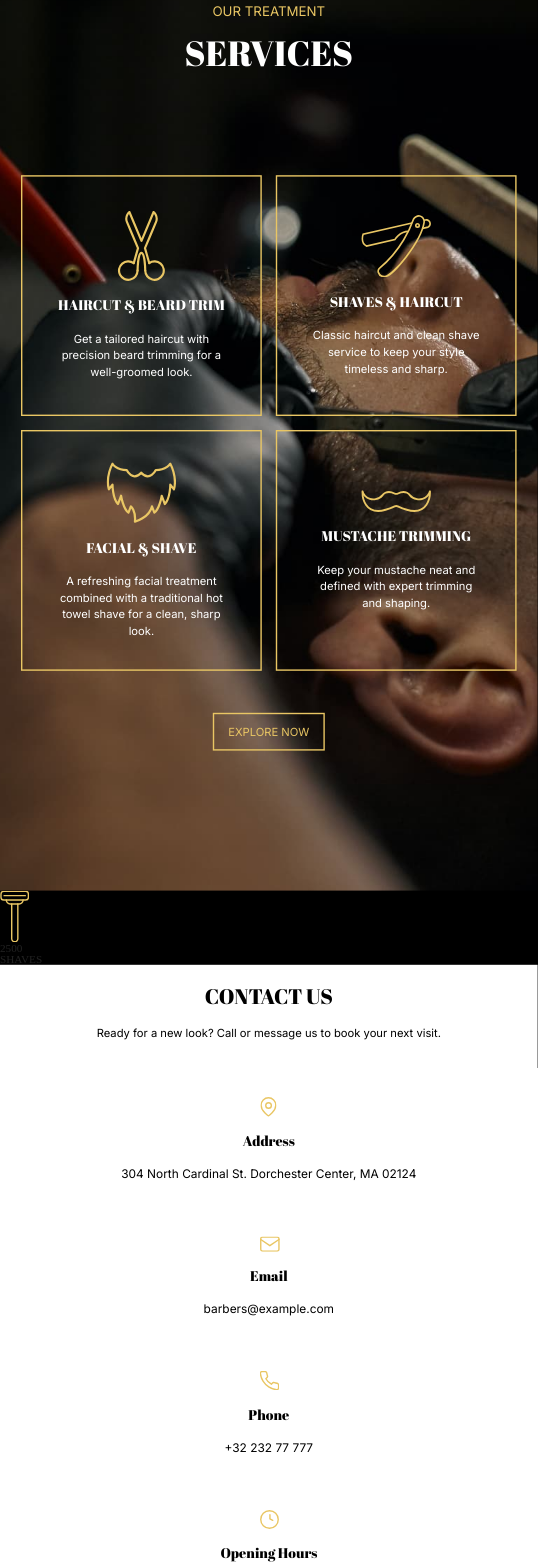
Repository: BogdanLazebnika/barbershop
Page: http://localhost/
The author's editor kept a copy of each file at every save. The page is drawn from the files as they stood at one save, then again after a run of saves.
The browser window is 768 px wide. The pictures show the part of the page from y = 1016 to 3256 px (the page is 3493 px tall before and 3968 px after), at 70% of full size.
The page is run by PHP 8.4 with error messages shown; the project is at /var/www/html/.

Above is the page before, as saved 2025-07-16 23:43:35.

### index.php
<!DOCTYPE html>
<html lang="en">
<head>
    <meta charset="UTF-8">
    <meta name="viewport" content="width=device-width, initial-scale=1.0">
    <title>Homepage Barbershop</title>

    <link rel="stylesheet" href="assets/css/reset.css">
    <link rel="stylesheet" href="assets/css/style.css">
    <link rel="stylesheet" href="assets/css/index.css">


    <link rel="preconnect" href="https://fonts.googleapis.com">
    <link rel="preconnect" href="https://fonts.gstatic.com" crossorigin>
    <link href="https://fonts.googleapis.com/css2?family=Abril+Fatface&display=swap" rel="stylesheet">

</head>
<body>

    <!-- Header -->
    <?php include 'components/header.php'; ?>

    <main>
        <!-- Hero -->
        <section class="hero" role="banner" aria-label="Barbershop hero section">
            <div class="content-hero-wrapper">
                <img src="./assets/images/logo/logo1.svg" alt="Barbershop Logo" class="content-hero-logo">
                <h1 class="content-hero-title">BARBERSHOP</h1>
            </div>
        </section>

        <!-- Services -->
        <section class="services" role="region" aria-label="Barbershop services">
            <h3 class="services-subtitle">OUR TREATMENT</h3>
            <h2 class="services-title">SERVICES</h2>

            <div class="services-list-wrapper">
                <ul class="services-list">
                    <li class="service-item">
                        <div class="service-item-content">
                            <img class="service-item-icon" src="./assets/images/icons/services/icon_scissors.svg" alt="Scissors icon">
                            <h3 class="service-item-title">HAIRCUT & BEARD TRIM</h3>
                            <p class="service-item-description">
                                Get a tailored haircut with precision beard trimming for a well-groomed look.
                            </p>
                        </div>
                    </li>

                    <li class="service-item">
                        <div class="service-item-content">
                            <img class="service-item-icon" src="./assets/images/icons/services/icon_razor.svg" alt="Razor icon">
                            <h3 class="service-item-title">SHAVES & HAIRCUT</h3>
                            <p class="service-item-description">
                                Classic haircut and clean shave service to keep your style timeless and sharp.
                            </p>
                        </div>
                    </li>

                    <li class="service-item">
                        <div class="service-item-content">
                            <img class="service-item-icon" src="./assets/images/icons/services/icon_beard.svg" alt="Beard icon">
                            <h3 class="service-item-title">FACIAL & SHAVE</h3>
                            <p class="service-item-description">
                                A refreshing facial treatment combined with a traditional hot towel shave for a clean, sharp look.
                            </p>
                        </div>
                    </li>

                    <li class="service-item">
                        <div class="service-item-content">
                            <img class="service-item-icon" src="./assets/images/icons/services/icon_mustache.svg" alt="Mustache icon">
                            <h3 class="service-item-title">MUSTACHE TRIMMING</h3>
                            <p class="service-item-description">
                                Keep your mustache neat and defined with expert trimming and shaping.
                            </p>
                        </div>
                    </li>
                </ul>

                <div class="services-list-line-button-wrapper">
                    <a href="#" class="explore-now-button-services-list">EXPLORE NOW</a>
                </div>
            </div>
        </section>



        <section class="counter" role="region" aria-label="Barbershop statistics">
            <ul class="counter-list">
                <li class="counter-item">
                    <ul>
                        <li>
                            <img src="./assets/images/icons/counter/icon_razor.svg" alt="happy customers">
                        </li>
                        <li class="counter-item-number"><h4>2500</h4></li>
                        <li class="counter-item-text"><h3>SHAVES</h3></li>
                    </ul>
                </li>
            </ul>
        </section>

    </main>

    <?php include 'components/footer.php'; ?>

</body>
</html>

### components/header.php
<?php
$current = basename($_SERVER['PHP_SELF']);
?>
<header class="header">
    <div class="center-header-container">
        <!-- Link to Header CSS -->
        <link rel="stylesheet" href="assets/css/header.css">
        <link rel="preconnect" href="https://fonts.googleapis.com">
        <link rel="preconnect" href="https://fonts.gstatic.com" crossorigin>
        <link href="https://fonts.googleapis.com/css2?family=Inter:ital,opsz,wght@0,14..32,100..900;1,14..32,100..900&display=swap" rel="stylesheet">

        <script src="assets/js/header.js" defer></script>


        <div class="header-left">
            <button class="burger" id="burger">
                <span></span>
                <span></span>
                <span></span>
            </button>
        </div>

        <nav class="nav">
            <ul class="nav-list">
                <li class="nav-item">
                    <?php if ($current == 'index.php'): ?>
                        <span class="active">Home</span>
                    <?php else: ?>
                        <a href="index.php">Home</a>
                    <?php endif; ?>
                </li>

                <li class="nav-item">
                    <?php if ($current == 'services.php'): ?>
                        <span class="active">Services</span>
                    <?php else: ?>
                        <a href="services.php">Services</a>
                    <?php endif; ?>
                </li>

                <li class="nav-item">
                    <?php if ($current == 'about.php'): ?>
                        <span class="active">About Us</span>
                    <?php else: ?>
                        <a href="about.php">About Us</a>
                    <?php endif; ?>
                </li>

                <li class="nav-item">
                    <?php if ($current == 'blog.php'): ?>
                        <span class="active">Blog</span>
                    <?php else: ?>
                        <a href="blog.php">Blog</a>
                    <?php endif; ?>
                </li>

                <li class="nav-item">
                    <?php if ($current == 'contact.php'): ?>
                        <span class="active">Contact Us</span>
                    <?php else: ?>
                        <a href="contact.php">Contact Us</a>
                    <?php endif; ?>
                </li>
            </ul>
        </nav>
        <a class="button-book-appointment" href="#">BOOK APPOINTMENT</a>
    </div>



</header>

### components/footer.php
<footer>
    <!-- Link to Footer CSS -->
    <link rel="stylesheet" href="assets/css/footer.css">

    <link rel="preconnect" href="https://fonts.googleapis.com">
    <link rel="preconnect" href="https://fonts.gstatic.com" crossorigin>
    <link href="https://fonts.googleapis.com/css2?family=Abril+Fatface&family=Inter:ital,opsz,wght@0,14..32,100..900;1,14..32,100..900&display=swap" rel="stylesheet">

    <link rel="preconnect" href="https://fonts.googleapis.com">
    <link rel="preconnect" href="https://fonts.gstatic.com" crossorigin>
    <link href="https://fonts.googleapis.com/css2?family=Inter:ital,opsz,wght@0,14..32,100..900;1,14..32,100..900&display=swap" rel="stylesheet">


    <h2>CONTACT US</h2>
    <p class="footer-text">Ready for a new look? Call or message us to book your next visit.</p>

    <ul class="footer-contacts">
        <li>
            <ul class="contact-item">
                <li class="contact-icon">
                    <img src="assets/images/icons/footer/icon_location.svg" alt="location">
                </li>
                <li class="contact-label">Address</li>
                <li class="contact-text">
                    304 North Cardinal St. Dorchester Center, MA 02124
                </li>
            </ul>
        </li>

        <li>
            <ul class="contact-item">
                <li class="contact-icon">
                    <img src="assets/images/icons/footer/icon_envelope.svg" alt="email">
                </li>
                <li class="contact-label">Email</li>
                <li class="contact-text"><a href="mailto:barbers@example.com">barbers@example.com</a></li>
            </ul>
        </li>

        <li>
            <ul class="contact-item">
                <li class="contact-icon">
                    <img src="assets/images/icons/footer/icon_phone.svg" alt="phone">
                </li>
                <li class="contact-label">Phone</li>
                <li class="contact-text"><a href="tel:+1234567890">+32 232 77 777</a></li>
            </ul>
        </li>

        <li>
            <ul class="contact-item">
                <li class="contact-icon">
                    <img src="assets/images/icons/footer/icon_clock.svg" alt="opening hours">
                </li>
                <li class="contact-label">Opening Hours</li>
                <li class="contact-text">Mon - Fri: 9:00 AM - 8:00 PM</li>
                <li class="contact-text">Sat: 9:00 AM - 10:00 PM</li>
            </ul>
        </li>
    </ul>

    <!-- додаємо лінію -->
    <hr>

    <p class="copyright">© Copyright Barbershop 2024</p>
</footer>

### assets/css/style.css
body{
    max-width: 1440px;

    margin-left: auto;
    margin-right: auto;
    background-color: black;
}

main{
    /* відступ для фіксованої шапки */
    min-height: calc(100vh - 95px);
}

### assets/css/index.css
/* hero */
.hero{
    background-position-x: center;
    background-image: url('../images/backgrounds/hero.jpg');
}
.background-image-homepage{
    position: relative;
    width: 100%;
    height: 950px;
    overflow: hidden;
}
.background-image-homepage img {
    position: absolute;
    top: 0;
    left: 0;
    width: 100%;
    height: 100%;
    object-fit: cover;
    z-index: -1; /* Ensure the image is behind other content */
}
.content-hero-wrapper{
    position: relative;
    display: flex;
    width: 100%;
}
.content-hero-logo{
    width: calc(100% - 80px);
    max-width: 430px;
    margin: 0 auto;
    padding: 184px 40px;
}
.content-hero-title{
    position: absolute;
    top: 50%;
    left: 50%;
    transform: translate(-50%, -50%);
    font-size: 120px;
    font-family: "abril fatface", sans-serif;
    color: #ffffff;
}
/* css для мобілки */

@media screen and (max-width: 1023px) {
    .content-hero-title {
        font-size: 13dvw;
    }
}







/* Services */

.services{
    background-position-x: center;
    background-image: url('../images/backgrounds/services.jpg');
    padding: 70px 72px 200px;
}
.services-subtitle{
    font-size: 19px;
    color: #E9C664;
    font-weight: 400;
    font-family: "inter", sans-serif;
    text-align: center;
    margin: 0 0 25px;
}
.services-title{
    font-size: 50px;
    color: #ffffff;
    font-weight: 400;
    font-family: "abril fatface", sans-serif;
    text-align: center;
    margin-bottom: 150px;
}


.services-list-wrapper{
    width: 738px;
}
.services-list{
    display: flex;
    justify-content: space-between;
    flex-wrap: wrap;
    gap: 50px;
    justify-content: flex-start;
}
.service-item{
    display: flex;
    width: 340px;
    height: 340px;
    border: #E9C664 2px solid;
}
.service-item-content{
    display: flex;
    flex-direction: column;
    align-items: center;
    text-align: center;
    justify-content: center;
    padding: 50px 50px;
}
.service-item-icon{
    max-width: 100px;
    max-height: 100px;
    width: 100%;
}
.service-item-title{
    font-size: 20px;
    color: #ffffff;
    font-family: "abril fatface", sans-serif;
    margin: 25px 0 25px;
}
.service-item-description{
    font-size: 16px;
    color: #ffffff;
    font-family: "inter", sans-serif;
    line-height: 1.5;
    margin: 0;
}
.services-list-line-button-wrapper{
    display: flex;
    justify-content: center;
    margin-top: 60px;
}
.explore-now-button-services-list{
    padding: 17px 20px;
    font-size: 16px;
    color: #E9C664;
    font-weight: 400;
    font-family: "inter", sans-serif;
    border: 2px solid #E9C664;
    background-color: transparent;
    cursor: pointer;
    transition: background-color 0.3s, color 0.3s;
    text-decoration: none;
}










@media screen and (max-width: 1023px) {

.services{
    /* background-position-x: center;
    background-image: url('../images/backgrounds/services.jpg'); */
    padding: 70px 20px 200px;
}
/* .services-subtitle{
    font-size: 19px;
    color: #E9C664;
    font-weight: 400;
    font-family: "inter", sans-serif;
    text-align: center;
    margin: 0 0 25px;
} */
/* .services-title{
    font-size: 50px;
    color: #ffffff;
    font-weight: 400;
    font-family: "abril fatface", sans-serif;
    text-align: center;
    margin-bottom: 150px;
} */


.services-list-wrapper{
    width: auto;
}
.services-list{
    gap: 20px;
    justify-content: center;
}


.service-item{
    display: flex;
    min-width: 340px;
    height: 340px;
    border: #E9C664 2px solid;
}
.service-item-content{
    display: flex;
    flex-direction: column;
    align-items: center;
    text-align: center;
    justify-content: center;
    padding: 50px 50px;
}
.service-item-icon{
    max-width: 100px;
    max-height: 100px;
    width: 100%;
}
.service-item-title{
    font-size: 20px;
    color: #ffffff;
    font-family: "abril fatface", sans-serif;
    margin: 25px 0 25px;
}
.service-item-description{
    font-size: 16px;
    color: #ffffff;
    font-family: "inter", sans-serif;
    line-height: 1.5;
    margin: 0;
}
.services-list-line-button-wrapper{
    display: flex;
    justify-content: center;
    margin-top: 60px;
}
.explore-now-button-services-list{
    padding: 17px 20px;
    font-size: 16px;
    color: #E9C664;
    font-weight: 400;
    font-family: "inter", sans-serif;
    border: 2px solid #E9C664;
    background-color: transparent;
    cursor: pointer;
    transition: background-color 0.3s, color 0.3s;
    text-decoration: none;
}
}

### assets/css/header.css
header {
  position: fixed;
  top: 0;
  left: 0;
  width: 100%;
  height: 92px;
  color: #ffffff;
  display: flex;
  align-items: center;
  justify-content: center;
  z-index: 1000;

  /* Усі переходи в одному місці */
  transition:
    transform 0.3s ease,
    background-color 0.3s ease,
    box-shadow 0.3s ease;

  transform: translateY(0);
}

header.hidden {
  transform: translateY(-100%);
}

header.scrolled {
  background-color: rgba(0, 0, 0, 0.5);
  box-shadow: 0 4px 10px rgba(0, 0, 0, 0.2);
  backdrop-filter: blur(6px);
}


.center-header-container{
    position: relative;
    display: flex;
    justify-content: space-between;
    width: 100%;
    margin-top: 40px;
    height: 50px;
    max-width: 1440px;
}

/* БУРГЕР */
.header-left{
    display: flex;
    align-items: center;
    gap: 20px;
    margin-left: 72px;
}
.burger {
    width: 30px;
    height: 20px;
    display: flex;
    flex-direction: column;
    justify-content: space-between;
    background: none;
    border: none;
    cursor: pointer;
    padding: 0;
}
.burger span {
    width: 100%;
    height: 4px;
    background: #E9C664;
    border-radius: 4px;
    transition: 0.3s ease;
    transform-origin: center;
}
/* логіка вікривання */
.burger.open span:nth-child(1) {
  transform: rotate(45deg) translateY(11px);
}

.burger.open span:nth-child(2) {
  opacity: 0;
}

.burger.open span:nth-child(3) {
  transform: rotate(-45deg) translateY(-11px);
}





/* Навігація  для ПК*/
@media screen and (min-width: 1024px) {
    nav {
        display: flex;
        align-items: center;

    }
    nav ul {
        display: flex;
        list-style: none;
        padding: 0;
        gap: 50px;
    }

    nav ul li a {
        text-decoration: none;
        color: #979797;
        font-size: 18px;
        font-family: "inter", sans-serif;
        font-weight: 400;
    }
    nav ul li a.active{
        color: #ffffff;
        font-weight: bold;
    }
    nav ul li span {
        text-decoration: none;
        color: #979797;
        font-size: 18px;
        font-family: "inter", sans-serif;
        font-weight: 400;
        cursor: pointer; /* щоб не було посилання */
    }
    nav ul li span.active{
        color: #ffffff;
        font-weight: bold;
    }


    /* робимо риску при наведені на навігацію яка висувається*/

    nav ul li a {
        position: relative;
    }

    nav ul li a::after {
        content: "";
        position: absolute;
        left: 0;
        right: 0;
        bottom: -7px;
        height: 2px;
        background: #E9C664;
        transform: scaleX(0);
        transition: transform 0.3s ease;
    }


    nav ul li a:hover::after{
        transform: scaleX(1);
    }
    nav ul li a.active::after {
        transform: scaleX(0);
        transition: none;
    }
}

.button-book-appointment{
    text-decoration: none;

    display: flex;
    align-items: center;
    justify-content: center;

    font-family: "inter", sans-serif;
    font-size: 14px;
    font-weight: bold;
    color: #ffffff;

    padding: 15px 15px;
    border: #E9C664 solid 2px;

    margin-right: 72px;
}






/* css для мобілки */

@media screen and (min-width: 1023px) {
    .burger{
        display: none;
    }
}


@media screen and (max-width: 1023px) {
    .header{
        height: 72px;
    }
}
@media screen and (max-width: 1023px) {
    .center-header-container{
        margin-top: 20px;
    }
}
@media screen and (max-width: 1023px) {
    .header-left{
        margin-left: 20px;
    }
}



@media screen and (max-width: 1023px) {
    nav{
        position: absolute;
        top: 50px;
        left: -250px;
        transition: left 0.3s ease;

        background-color: #212121;

        width: 250px;
        min-height: 100vh;
        overflow-x: auto;
    }
    nav.open {
        left: 0;
        transition: left 0.3s ease;
    }
    .nav-item a{
        font-family: "inter", sans-serif;
        font-size: 18px;
        font-weight: 400;
        color: #ffffff;
        text-decoration: none;
    }
    .nav-item span{
        font-family: "inter", sans-serif;
        font-size: 18px;
        font-weight: 400;
        color: #ffffff;
        text-decoration: none;
    }

    .nav-item span.active{
        color: #E9C664;
        font-weight: bold;
        padding-bottom: 5px;
        border-bottom: #E9C664 solid 3px;
    }

    .nav-item a:hover{
        padding-bottom: 5px;
        border-bottom: #E9C664 solid 3px;
    }
    .header.open {
        background-color: #212121;
    }

    .nav-list{
        display: flex;
        flex-direction: column;
        gap: 25px;
        padding: 20px 0 0 20px;
    }




}






@media screen and (max-width: 1023px) {
    .button-book-appointment{
        margin-right: 20px;
    }
}

### assets/css/footer.css
footer {
    background-color: #ffffff;
    padding: 60px 72px;
    text-align: center;
}

footer h2 {
    color: #000000;
    font-family: "Abril Fatface", serif;
    font-size: 50px;
    font-weight: 400;

    margin-bottom: 25px;
}
footer .footer-text{
    color: #000000;
    font-family: "inter", sans-serif;
    font-size: 16px;
    font-weight: 400;
    line-height: 1.5;


    margin-bottom: 80px;
}


.footer-contacts{
    display: flex;
    flex-wrap: wrap;
    gap: 75px;
    justify-content: center;

    margin-bottom: 50px;
}
.contact-item{
    display: flex;
    flex-direction: column;
    align-items: center;
    gap: 20px;
    max-width: 250px;
}

.contact-icon{
    width: 26px;
}

.contact-label{
    color: #000000;
    font-family: "abril fatface", serif;
    font-size: 20px;
    font-weight: 400;
    line-height: 1.5;
}
.contact-text{
    font-family: "inter", sans-serif;
    font-size: 17px;
    font-weight: 400;
    line-height: 1.5;
    color: #000000;
}
.contact-text a{
    color: #000000;
    text-decoration: none;
}
hr {
    border: 0;
    border-top: 2px solid #E9C664;
    margin-bottom: 45px;
}

.copyright{
    color: #000000;
    font-family: "inter", sans-serif;
    font-size: 17px;
    font-weight: 400;
    line-height: 1.5;
    text-align: center;
}





/* css для мобілки */
@media screen and (max-width: 1023px) {
    footer {
        padding: 30px 20px;
    }
    footer h2 {
        font-size: 30px;
    }
    .footer-contacts {
        flex-direction: column;
        align-items: center;
    }
    .contact-item {
        max-width: 100%;
    }
}

### assets/js/header.js
// логіка вікривання меню
document.addEventListener('DOMContentLoaded', function () {
  const burger = document.querySelector('.burger');
  const nav = document.querySelector('.nav');
  const header = document.querySelector('header');

  // Відкривання/закривання по кліку на бургер
  burger.addEventListener('click', function (e) {
    e.stopPropagation();
    burger.classList.toggle('open');
    nav.classList.toggle('open');
    header.classList.toggle('open');
  });

  // Закриття при кліку поза шапкою/меню
  document.addEventListener('click', function (e) {
    const isClickInside = header.contains(e.target);

    if (!isClickInside && nav.classList.contains('open')) {
      burger.classList.remove('open');
      nav.classList.remove('open');
      header.classList.remove('open'); // 🔧 додаємо!
    }
  });

  // Закриття при скролі, якщо меню відкрите
  window.addEventListener('scroll', function () {
    const navIsOpen = nav.classList.contains('open');

    if (navIsOpen) {
      burger.classList.remove('open');
      nav.classList.remove('open');
      header.classList.remove('open'); // 🔧 додаємо!
    }
  });
});

// стилізація шапки
let lastScroll = window.scrollY;
let header = document.querySelector('header');
let scrollUpDistance = 0;
let scrollDownDistance = 0;

window.addEventListener('scroll', () => {
  const currentScroll = window.scrollY;

  // Перевірка, чи меню відкрите
  const menuIsOpen = document.querySelector('.nav').classList.contains('open');
  if (menuIsOpen) {
    return; // Якщо меню відкрите — не ховаємо шапку
  }

  // ✅ Додаємо фон, якщо не на самому верху
  if (currentScroll > 0) {
    header.classList.add('scrolled');
  } else {
    header.classList.remove('scrolled');
  }

  // Скрол вниз
  if (currentScroll > lastScroll) {
    scrollUpDistance = 0;
    scrollDownDistance += currentScroll - lastScroll;

    if (scrollDownDistance > 250) {
      header.classList.add('hidden');
    }
  }

  // Скрол вгору
  else if (currentScroll < lastScroll) {
    scrollDownDistance = 0;
    scrollUpDistance += lastScroll - currentScroll;

    if (scrollUpDistance > 200) {
      header.classList.remove('hidden');
    }
  }

  lastScroll = currentScroll;
});

### assets/images/icons/footer/icon_location.svg
<svg width="23" height="28" viewBox="0 0 23 28" fill="none" xmlns="http://www.w3.org/2000/svg">
<path d="M22 11.636C22 19.909 11.5 27 11.5 27C11.5 27 0.99997 19.909 0.99997 11.636C0.982143 8.83325 2.07833 6.1382 4.04741 4.14361C6.0165 2.14901 8.69723 1.01824 11.5 1C14.3027 1.01824 16.9834 2.14901 18.9525 4.14361C20.9216 6.1382 22.0178 8.83325 22 11.636V11.636Z" stroke="#E9C664" stroke-width="2" stroke-linecap="round" stroke-linejoin="round"/>
<path d="M11.64 16.004C13.8492 16.004 15.64 14.2132 15.64 12.004C15.64 9.79489 13.8492 8.00403 11.64 8.00403C9.43088 8.00403 7.64001 9.79489 7.64001 12.004C7.64001 14.2132 9.43088 16.004 11.64 16.004Z" stroke="#E9C664" stroke-width="2" stroke-linecap="round" stroke-linejoin="round"/>
</svg>

### assets/images/icons/footer/icon_clock.svg
<svg width="28" height="27" viewBox="0 0 28 27" fill="none" xmlns="http://www.w3.org/2000/svg">
<path d="M14 26C20.9036 26 26.5 20.4036 26.5 13.5C26.5 6.59644 20.9036 1 14 1C7.09644 1 1.5 6.59644 1.5 13.5C1.5 20.4036 7.09644 26 14 26Z" stroke="#E9C664" stroke-width="2" stroke-linecap="round" stroke-linejoin="round"/>
<path d="M14.625 6.66699V12.667L18.625 14.667" stroke="#E9C664" stroke-width="2" stroke-linecap="round" stroke-linejoin="round"/>
</svg>

Loaded but not shown: assets/css/reset.css (common file); assets/images/logo/logo1.svg (16 lines, source omitted); assets/images/icons/services/icon_razor.svg (6 lines, source omitted); assets/images/icons/services/icon_scissors.svg (6 lines, source omitted); assets/images/icons/footer/icon_phone.svg (3 lines, source omitted); assets/images/icons/counter/icon_razor.svg (6 lines, source omitted); assets/images/icons/services/icon_mustache.svg (3 lines, source omitted); assets/images/icons/services/icon_beard.svg (3 lines, source omitted); assets/images/icons/footer/icon_envelope.svg (4 lines, source omitted)

After the next 4 saves:
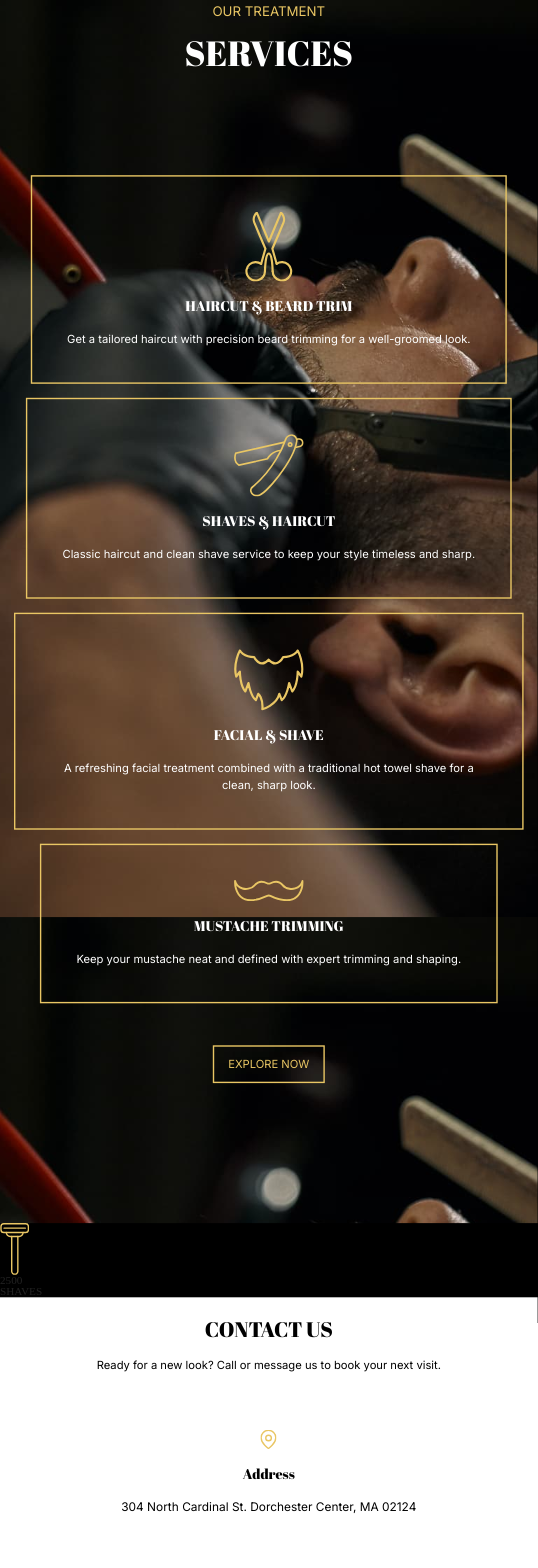
The 4 saves are shown as one change because they came seconds apart.
The last was saved 19 s later.
--- a/assets/css/index.css
+++ b/assets/css/index.css
@@ -182,8 +182,8 @@
 
 .service-item{
     display: flex;
-    min-width: 340px;
-    height: 340px;
+    width: auto;
+    height: auto;
     border: #E9C664 2px solid;
 }
 .service-item-content{
